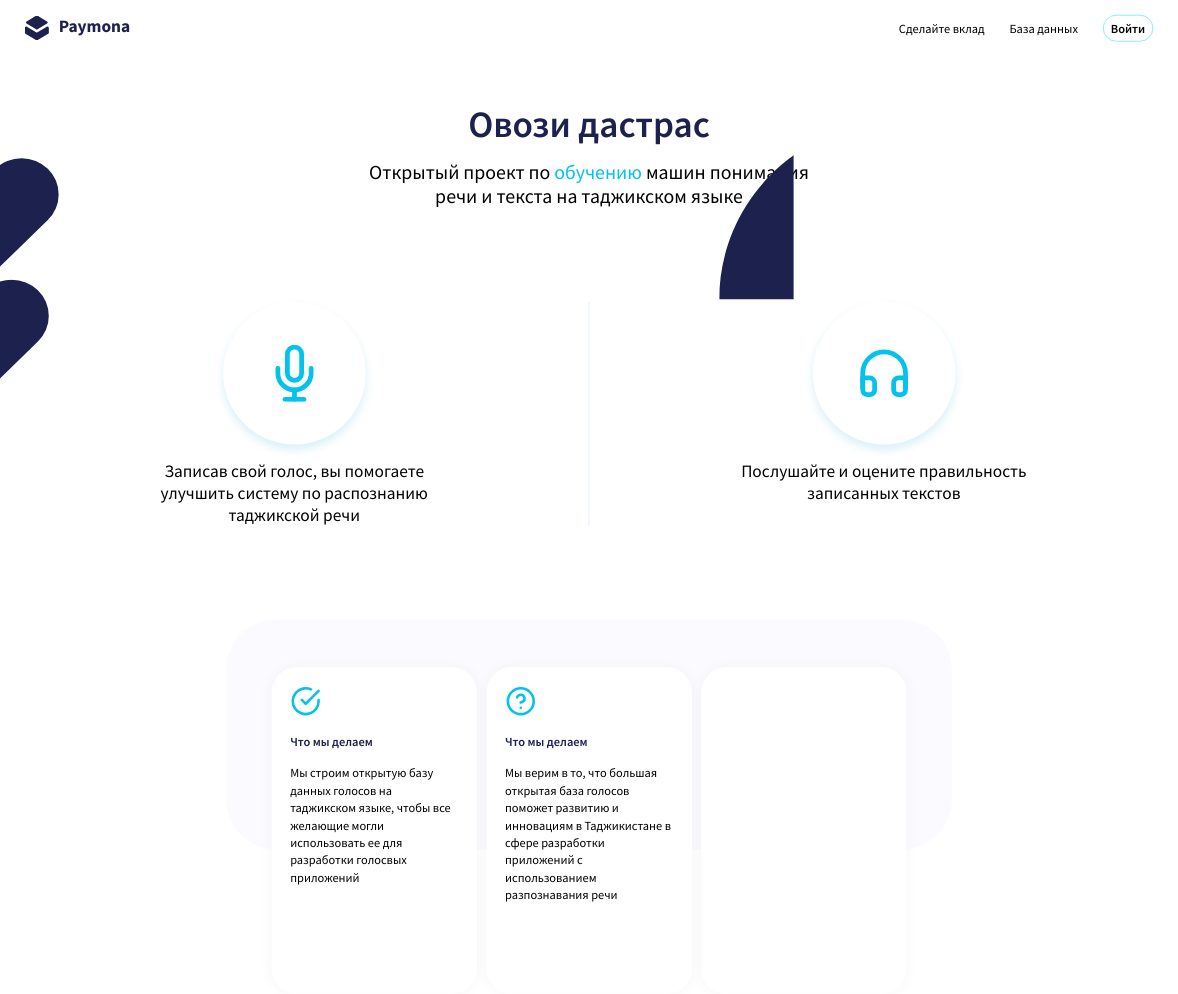
Repository: Amin444/Paymona-Sadp
Page: index.html
An editor plug-in stored every save of this project. The page is shown before and after the next save, followed by the edit.
The browser window is 1280 px wide. The page is 1900 px wide, so the pictures cover 1900 px, including what lies to the right of the window. The pictures show the whole page, at 62% of full size.

Above is the page before, as saved 2021-11-11 17:48:15.

After the next save:
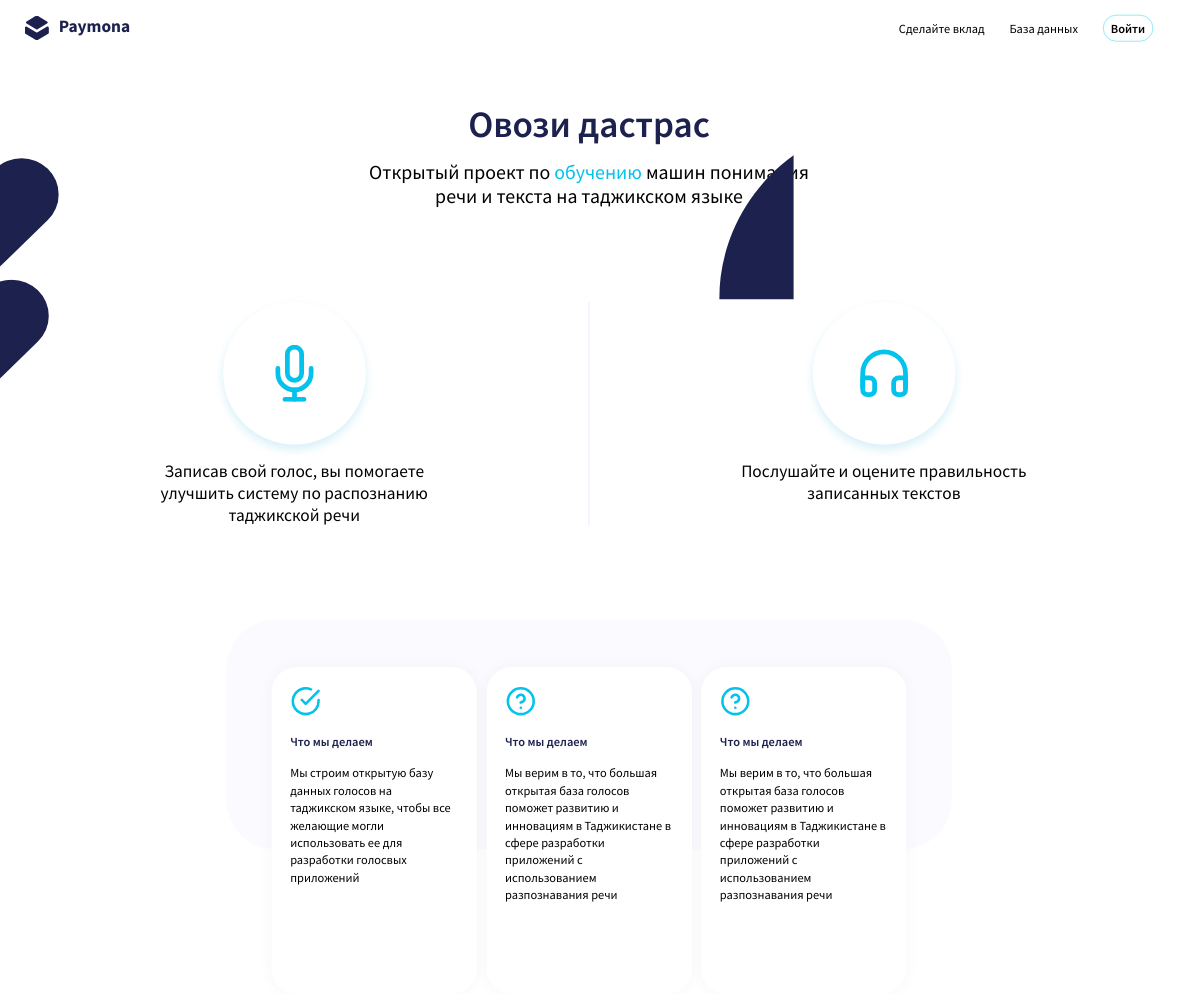
Saved 7 s later.
--- a/index.html
+++ b/index.html
@@ -92,7 +92,11 @@
                  в сфере разработки приложений с использованием разпознавания речи</p>
             </div>
             <div class="visible">
-
+              <img src="./img/Group3.svg">
+              <p class="card-title">Что мы делаем</p>
+              <p class="card-text">Мы верим в то, что большая открытая база
+                 голосов поможет развитию и инновациям в Таджикистане
+                 в сфере разработки приложений с использованием разпознавания речи</p>
             </div>
           </div>
         </div>
